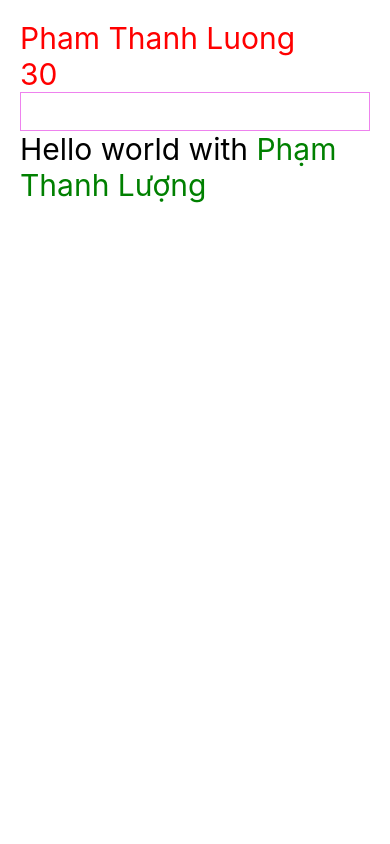
Repository: LuongPTCE181311/React-Native-Ultimate
Screen: /
These files come from the project's save history. The screen is drawn as it stood at one moment and after a run of saves; the edit follows.
The app was drawn by React Native's web renderer in a window 390 px wide. The project was rebuilt for these pictures with package versions that can differ from the ones it lists, and the page was loaded fresh each time. Some packages were replaced by stand-ins written for this rebuild.

Above is the screen before, as saved 2026-05-30 15:35:06.

After the next 4 saves:
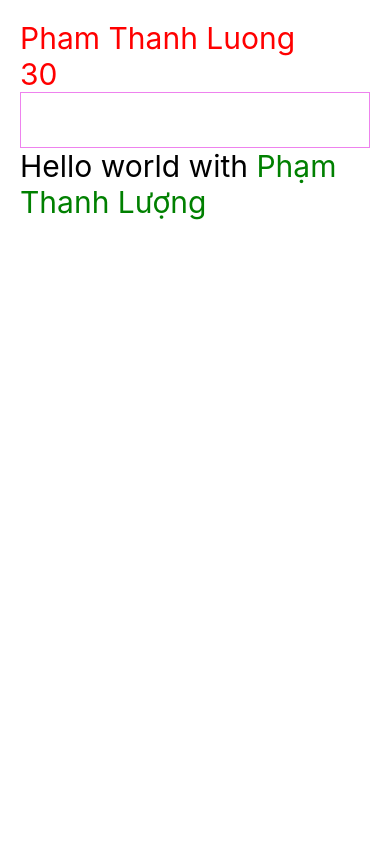
The 4 saves are shown as one change because 1 did not build or start and some came seconds apart.
The last was saved 11 s later.
--- a/App.tsx
+++ b/App.tsx
@@ -24,6 +24,7 @@ export default function App() {
         {/* <Text style={styles.text} >{JSON.stringify(person)}</Text> */}
         <TextInput
         keyboardType='ascii-capable'
+        multiline={true}
          style={styles.borderInput}/>
       </View>
       <Text style={styles.text2}>Hello world with
